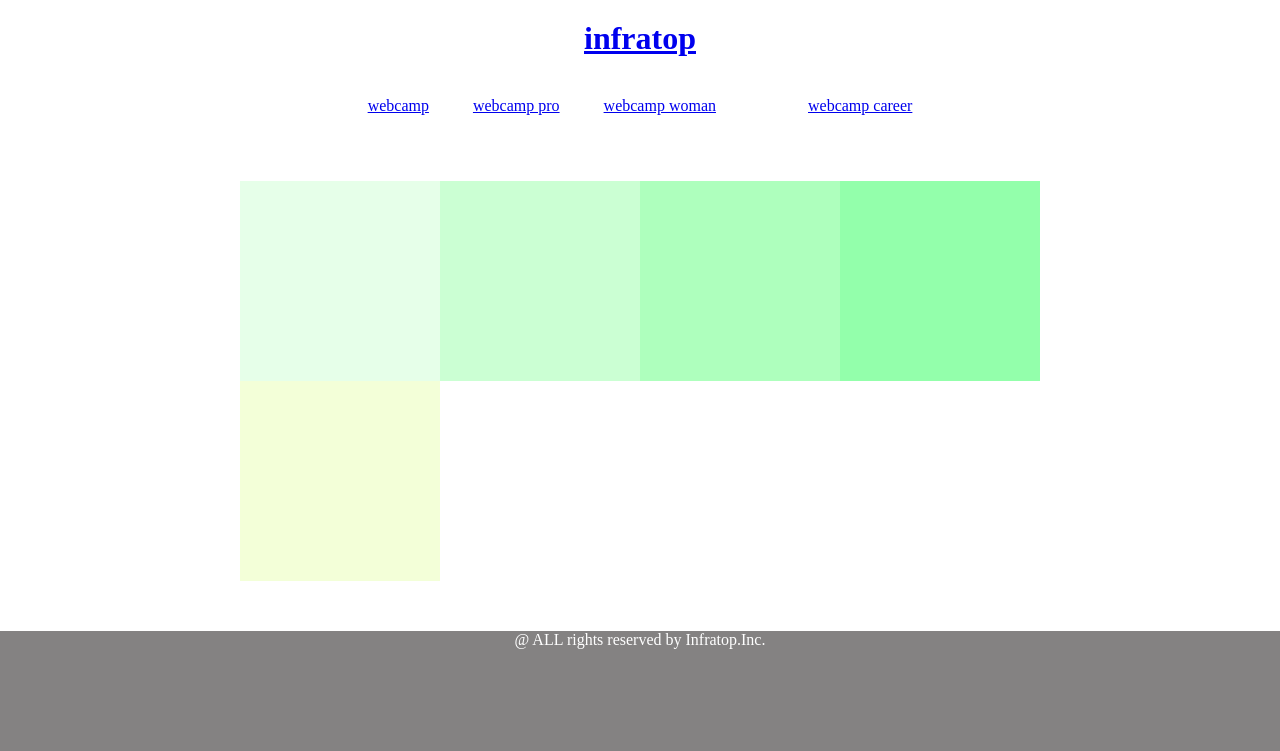
Repository: ayakodesu/html-practice
Page: 5/5sixyou.html
The author's editor kept a record of every edit. The page is drawn from the files as they stood at one moment, then again after the next edit.
The browser window is 1280 px wide. The pictures show the whole page.

Above is the page before.

After the next edit:
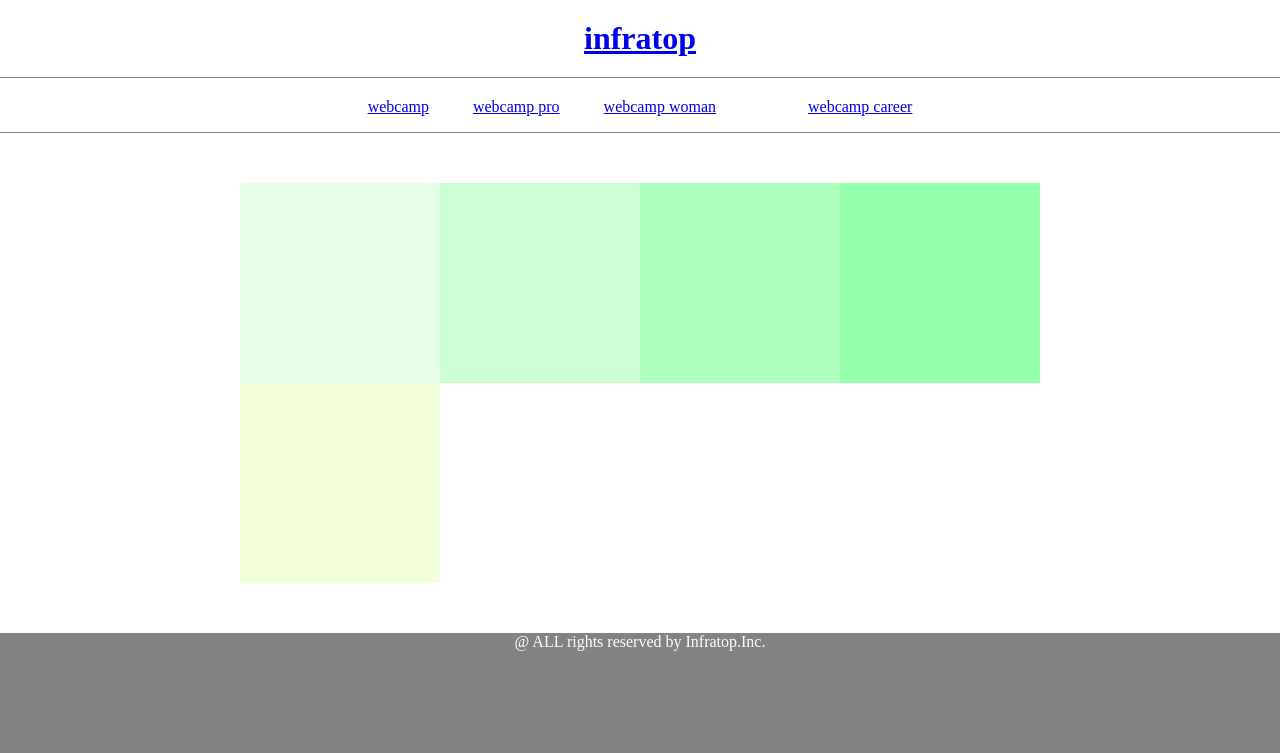
The edit:
--- a/5/5sixyou.css
+++ b/5/5sixyou.css
@@ -22,7 +22,10 @@
   text-align: center;
   padding: 15px 0;
   margin: 0 auto;
+   border-bottom: 1px solid #848282;
+  border-top: 1px solid #848282;
 }
+
 
 .nav-list-item {
   list-style: none;
